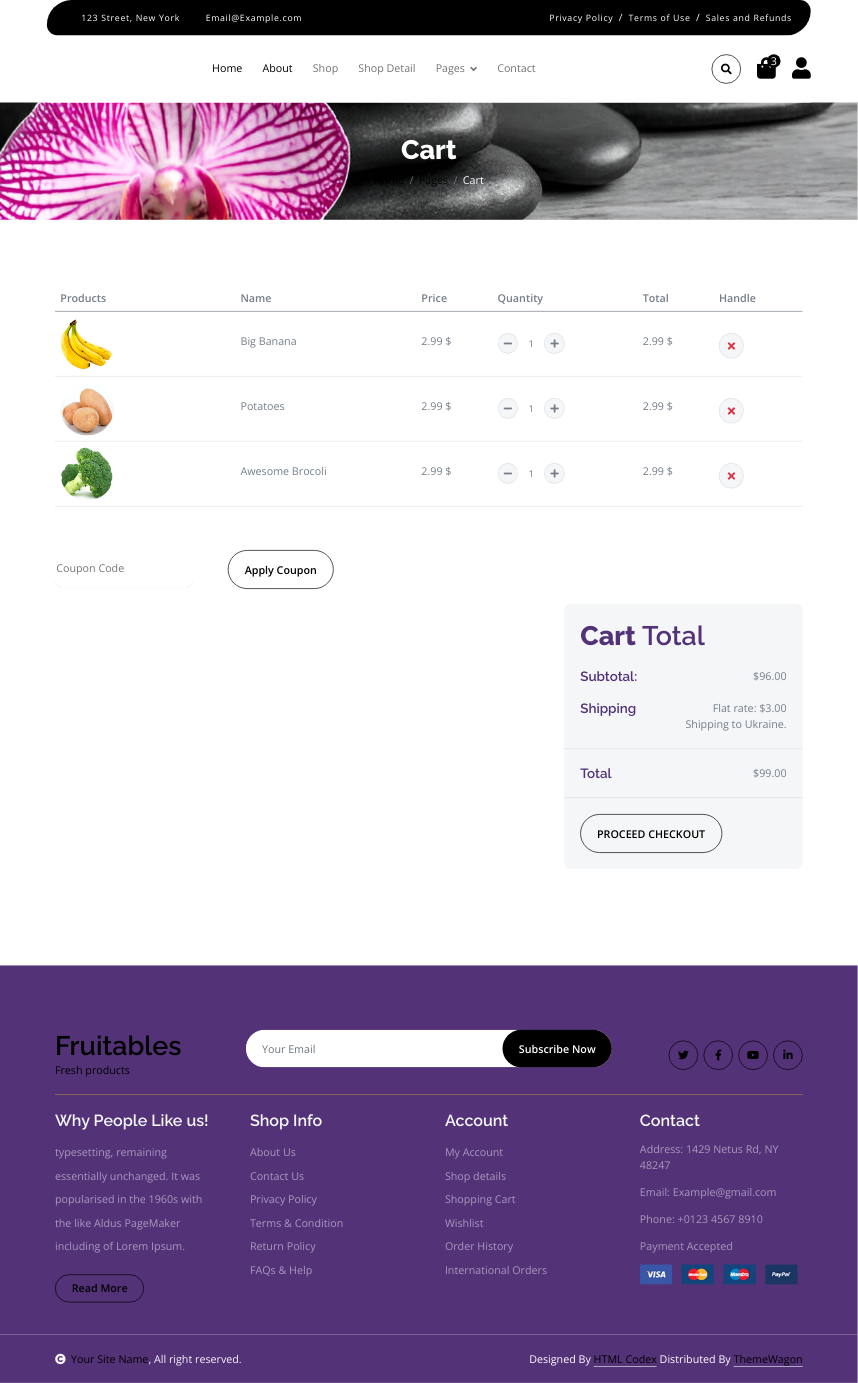
Repository: ChristhurasaRoshan/Maxiyux-New
Page: cart.html
The author's editor kept a copy of each file at every save. The page is drawn from the files as they stood at one save, then again after the next save.
The browser window is 1280 px wide. The pictures show the whole page, at 67% of full size.
Some web libraries are served in a nearby version.

Above is the page before, as saved 2024-10-07 13:48:15.

After the next save:
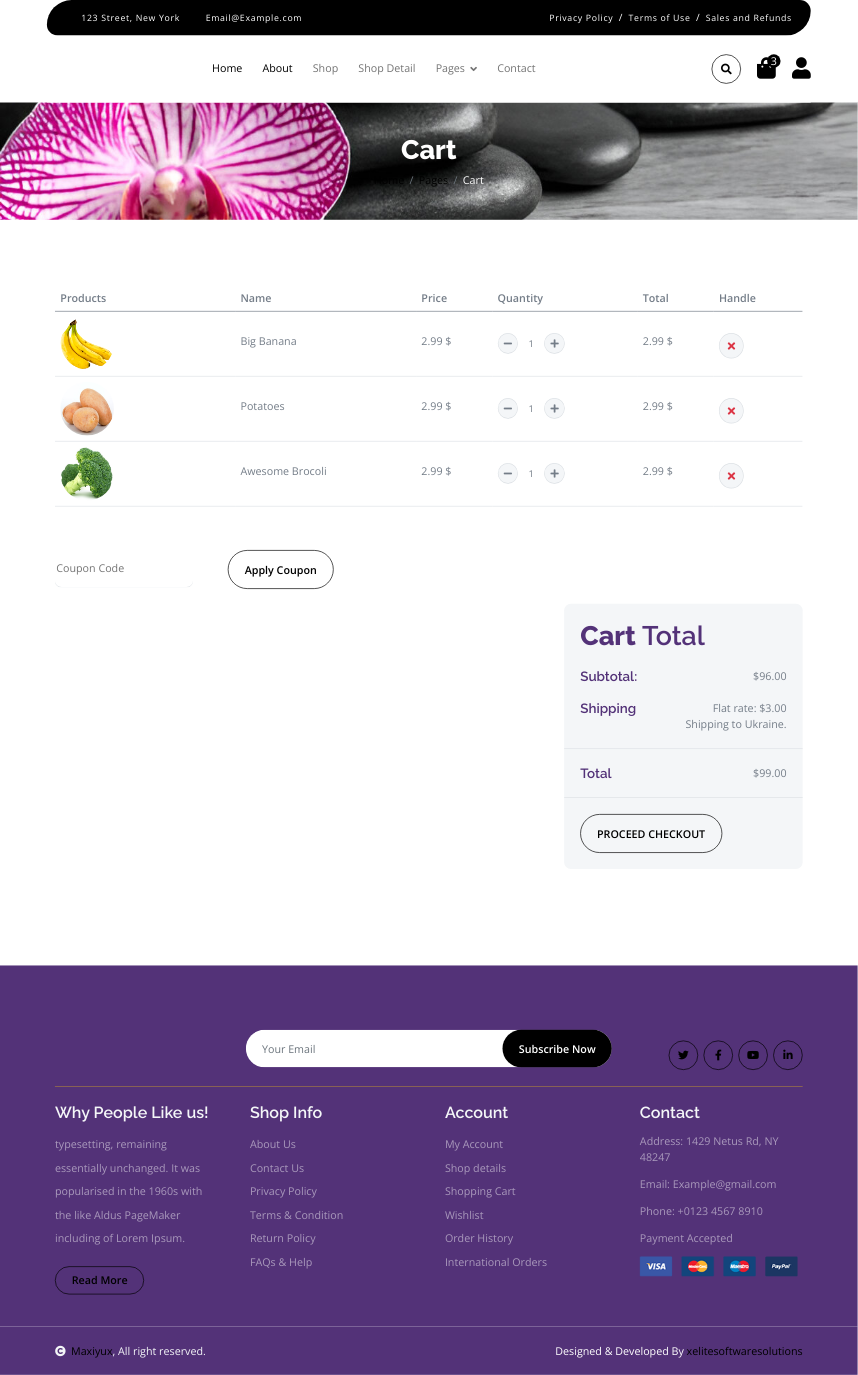
Saved 115 s later.
--- a/cart.html
+++ b/cart.html
@@ -289,14 +289,15 @@
 
 
         <!-- Footer Start -->
+        <!-- Footer Start -->
         <div class="container-fluid bg-dark text-white-50 footer pt-5 mt-5">
             <div class="container py-5">
                 <div class="pb-4 mb-4" style="border-bottom: 1px solid rgba(226, 175, 24, 0.5) ;">
                     <div class="row g-4">
                         <div class="col-lg-3">
                             <a href="#">
-                                <h1 class="text-primary mb-0">Fruitables</h1>
-                                <p class="text-secondary mb-0">Fresh products</p>
+                                <!-- <h1 class="text-primary mb-0">Fruitables</h1>
+                                <p class="text-secondary mb-0">Fresh products</p> -->
                             </a>
                         </div>
                         <div class="col-lg-6">
@@ -366,17 +367,19 @@
             <div class="container">
                 <div class="row">
                     <div class="col-md-6 text-center text-md-start mb-3 mb-md-0">
-                        <span class="text-light"><a href="#"><i class="fas fa-copyright text-light me-2"></i>Your Site Name</a>, All right reserved.</span>
+                        <span class="text-light"><a href="#"><i class="fas fa-copyright text-light me-2"></i>Maxiyux</a>, All right reserved.</span>
                     </div>
                     <div class="col-md-6 my-auto text-center text-md-end text-white">
                         <!--/*** This template is free as long as you keep the below author’s credit link/attribution link/backlink. ***/-->
                         <!--/*** If you'd like to use the template without the below author’s credit link/attribution link/backlink, ***/-->
                         <!--/*** you can purchase the Credit Removal License from "https://htmlcodex.com/credit-removal". ***/-->
-                        Designed By <a class="border-bottom" href="https://htmlcodex.com">HTML Codex</a> Distributed By <a class="border-bottom" href="https://themewagon.com">ThemeWagon</a>
-                    </div>
-                </div>
-            </div>
-        </div>
+                        Designed & Developed By <a class="" href="https://xelitesoftwaresolutions.com">xelitesoftwaresolutions</a>
+                    </div>
+                </div>
+            </div>
+        </div>
+        <!-- Copyright End -->
+
         <!-- Copyright End -->
 
 
